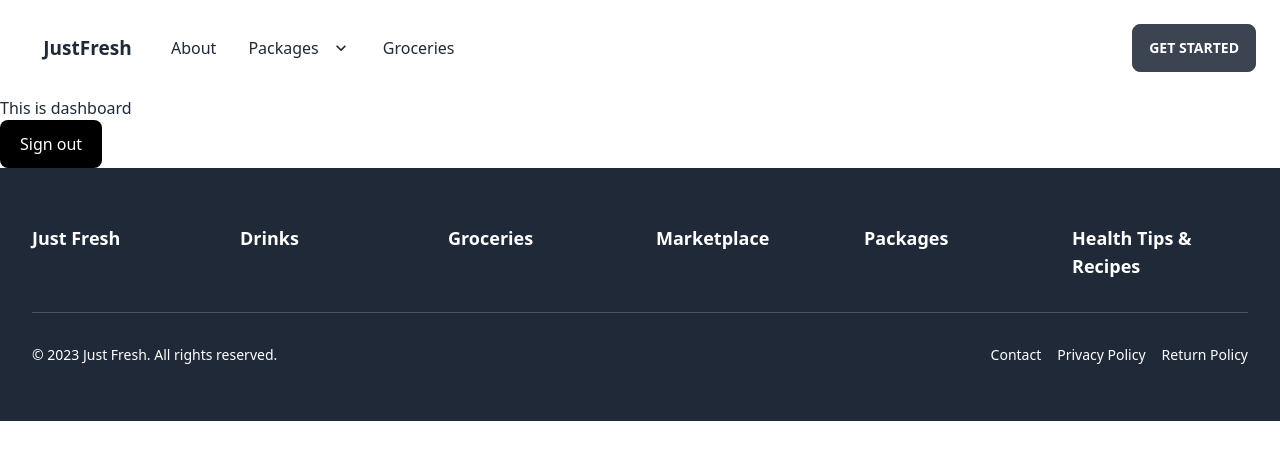
Repository: buzzedison/justfreshnew
Page: /dashboard
These files come from the project's save history. The page is drawn as it stood at one moment and after the next save; the edit follows.
The browser window is 1280 px wide. The pictures show the whole page.
The project was rebuilt for these pictures with package versions that can differ from the ones it lists, and the page was loaded fresh each time. The framework's server and built-in components were replaced by stand-ins that run in the browser. Also part of the build but not shown: svelte.config.js, vite.config.js.

Above is the page before, as saved 2023-04-05 10:31:26.

### src/routes/+layout.svelte
<script>
  import "../app.css";

  import Navbar from "../components/Navbar.svelte";
  import Footer from "../components/Footer.svelte";
</script>

<div>
  <Navbar />
  <slot />
  <Footer />
</div>

### src/routes/dashboard/+page.svelte
<script>
  import { authHandlers } from "$stores/store.js";

  async function handleSignOut() {
    try {
      await authHandlers.logout();
      // Redirect or perform any other action after signing out
    } catch (error) {
      console.error("Error signing out:", error);
    }
  }
</script>

<div>
  <h1>This is dashboard</h1>

  <button
    class="bg-black py-3 px-5 text-white rounded-lg"
    on:click={handleSignOut}>Sign out</button
  >
</div>

### src/components/Navbar.svelte
<!-- src/components/Navbar.svelte -->
<!-- <nav class="bg-white shadow-sm">
  <div class="container mx-auto px-4">
    <div class="flex items-center justify-between py-4">
      <div class="text-2xl font-bold text-orange-600">Just Fresh</div>
      <ul class="flex items-center space-x-4 text-gray-700">
        <li>
          <a href="/" class="hover:text-orange-600"> About </a>
        </li>
        <li>
          <a href="/juices" class="hover:text-orange-600"> Drinks </a>
        </li>
        <li>
          <a href="/groceries" class="hover:text-orange-600"> Groceries </a>
        </li>
        <li>
          <a href="/marketplace" class="hover:text-orange-600"> Marketplace </a>
        </li>
        <li>
          <a href="/packages" class="hover:text-orange-600"> Packages </a>
        </li>
        <li>
          <a href="/contact" class="hover:text-orange-600">
            Health Tips & Recipes
          </a>
        </li>
      </ul>
    </div>
  </div>
</nav> -->

<script>
  import { onMount } from "svelte";

  onMount(() => {
    // Your JavaScript code for the component goes here, if needed
  });
</script>

<div class="container mx-auto px-4">
  <div class="navbar bg-base-100">
    <div class="navbar-start">
      <!-- Mobile menu -->
      <div class="dropdown lg:hidden">
        <button class="btn btn-ghost">
          <svg
            xmlns="http://www.w3.org/2000/svg"
            class="h-5 w-5"
            fill="none"
            viewBox="0 0 24 24"
            stroke="currentColor"
            ><path
              stroke-linecap="round"
              stroke-linejoin="round"
              stroke-width="2"
              d="M4 6h16M4 12h8m-8 6h16"
            /></svg
          >
        </button>
        <ul
          class="menu menu-compact dropdown-content mt-3 p-2 shadow bg-base-100 rounded-box w-52"
        >
          <li><a href="/">About</a></li>
          <li>
            <button class="justify-between w-full text-left">
              Parent
              <svg
                class="fill-current"
                xmlns="http://www.w3.org/2000/svg"
                width="24"
                height="24"
                viewBox="0 0 24 24"
                ><path
                  d="M8.59,16.58L13.17,12L8.59,7.41L10,6L16,12L10,18L8.59,16.58Z"
                /></svg
              >
            </button>
            <ul class="p-2">
              <li><a href="/">Submenu 1</a></li>
              <li><a href="/">Submenu 2</a></li>
            </ul>
          </li>
          <li><a href="/">Item 3</a></li>
        </ul>
      </div>

      <!-- Desktop menu -->
      <div class="flex items-center justify-between py-4">
        <div class="hidden lg:flex">
          <a href="/" class="btn btn-ghost normal-case text-xl">JustFresh</a>
          <ul class="menu menu-horizontal px-1">
            <li><a href="/">About</a></li>
            <li>
              <button class="justify-between">
                Packages
                <svg
                  class="fill-current"
                  xmlns="http://www.w3.org/2000/svg"
                  width="20"
                  height="20"
                  viewBox="0 0 24 24"
                  ><path
                    d="M7.41,8.58L12,13.17L16.59,8.58L18,10L12,16L6,10L7.41,8.58Z"
                  /></svg
                >
              </button>
              <ul class="p-2">
                <li><a href="/">Cleanse Week</a></li>
                <li><a href="/">Subscription </a></li>
                <li><a href="/">Food & Fitness </a></li>
              </ul>
            </li>
            <li><a href="/">Groceries</a></li>
          </ul>
        </div>
      </div>
    </div>
    <div class="navbar-end">
      <a href="/" class="btn">Get started</a>
    </div>
  </div>
</div>

<style>
  /* Add any component-specific styles here */
</style>

### src/components/Footer.svelte
<script>
  // You can add any necessary script here
</script>

<footer class="bg-gray-800 text-white px-8 py-14">
  <div class="container mx-auto">
    <div class="grid grid-cols-1 md:grid-cols-6 gap-8 mb-8">
      <div class="font-semibold text-lg">Just Fresh</div>
      <div class="font-semibold text-lg">Drinks</div>
      <div class="font-semibold text-lg">Groceries</div>
      <div class="font-semibold text-lg">Marketplace</div>
      <div class="font-semibold text-lg">Packages</div>
      <div class="font-semibold text-lg">Health Tips & Recipes</div>
    </div>
    <hr class="border-gray-600" />
    <div class="flex flex-wrap justify-between mt-8 text-sm">
      <div>
        &copy; {new Date().getFullYear()} Just Fresh. All rights reserved.
      </div>
      <div class="flex flex-wrap gap-4 mt-4 md:mt-0">
        <a href="/contact" class="hover:text-gray-300">Contact</a>
        <a href="/privacy-policy" class="hover:text-gray-300">Privacy Policy</a>
        <a href="/return-policy" class="hover:text-gray-300">Return Policy</a>
      </div>
    </div>
  </div>
</footer>

<style>
  /* Add any necessary custom styles here */
</style>

### tailwind.config.cjs
/** @type {import('tailwindcss').Config} */
module.exports = {
  content: ['./src/**/*.{html,js,svelte,ts}'],
  daisyui: {
    themes: ["light", "dark", "cupcake", "bumblebee", "emerald", "corporate", "synthwave", "retro", "cyberpunk", "valentine", "halloween", "garden", "forest", "aqua", "lofi", "pastel", "fantasy", "wireframe", "black", "luxury", "dracula", "cmyk", "autumn", "business", "acid", "lemonade", "night", "coffee", "winter"],
    extend: {},

  },
  plugins: [require("daisyui")],
}

Loaded but not shown: src/app.html (common file); src/app.css (common file)

After the next save:
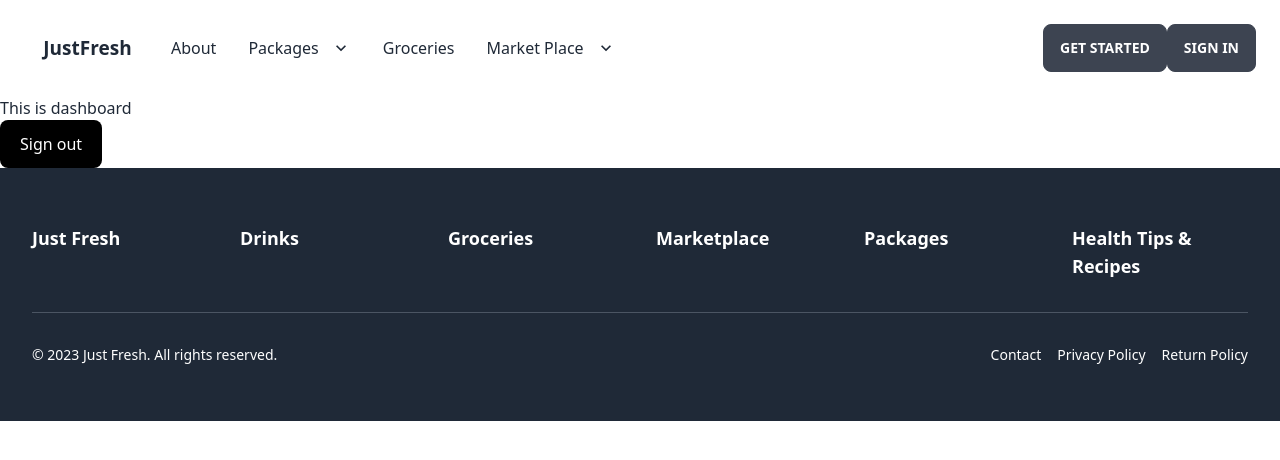
Saved 4 min 21 s later.
--- a/src/components/Navbar.svelte
+++ b/src/components/Navbar.svelte
@@ -111,12 +111,34 @@
               </ul>
             </li>
             <li><a href="/">Groceries</a></li>
+
+            <li>
+              <button class="justify-between">
+                Market Place
+                <svg
+                  class="fill-current"
+                  xmlns="http://www.w3.org/2000/svg"
+                  width="20"
+                  height="20"
+                  viewBox="0 0 24 24"
+                  ><path
+                    d="M7.41,8.58L12,13.17L16.59,8.58L18,10L12,16L6,10L7.41,8.58Z"
+                  /></svg
+                >
+              </button>
+              <ul class="p-2">
+                <li><a href="/">Juices</a></li>
+                <li><a href="/">Food </a></li>
+                <li><a href="/">Kitchen </a></li>
+              </ul>
+            </li>
           </ul>
         </div>
       </div>
     </div>
     <div class="navbar-end">
       <a href="/" class="btn">Get started</a>
+      <a href="/" class="btn">Sign in</a>
     </div>
   </div>
 </div>
